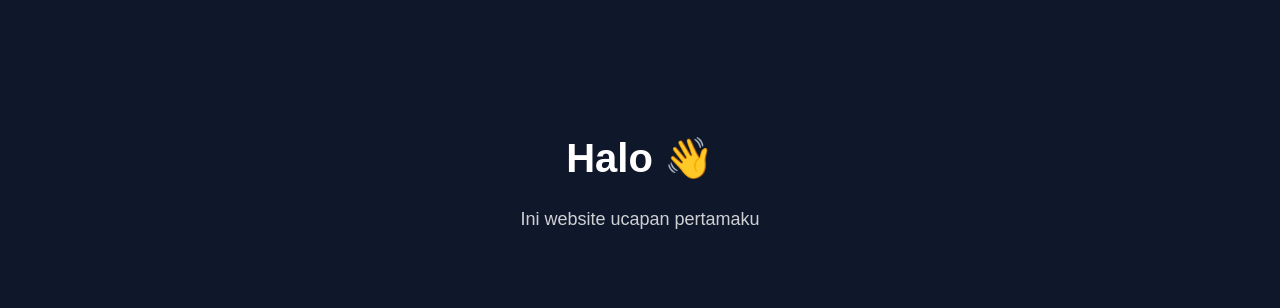
Repository: mufti-1448/web-ucapan
Page: index.html
An editor plug-in stored every save of this project. The page is shown before and after a run of saves, followed by the edit.
The browser window is 1280 px wide. The pictures show the whole page.

Above is the page before, as saved 2026-02-16 15:00:16.

### index.html
<!DOCTYPE html>
<html>
  <head>
    <title>Website Ucapan</title>
    <link rel="stylesheet" href="style.css">
  </head>
  <body>

    <h1>Halo 👋</h1>
    <p>Ini website ucapan pertamaku</p>

  </body>
</html>

### style.css
body {
  background-color: #0f172a;
  color: white;
  font-family: Arial, sans-serif;
  text-align: center;
  padding-top: 100px;
}

h1 {
  font-size: 40px;
}

p {
  font-size: 18px;
  opacity: 0.8;
}

After the next 2 saves:
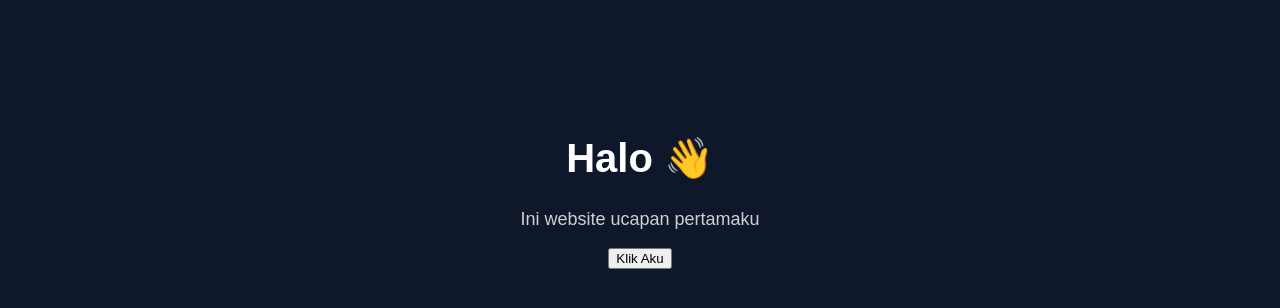
The 2 saves are shown as one change because they came seconds apart.
The last was saved 29 s later.
--- a/index.html
+++ b/index.html
@@ -1,13 +1,13 @@
-<!DOCTYPE html>
+<!doctype html>
 <html>
   <head>
     <title>Website Ucapan</title>
-    <link rel="stylesheet" href="style.css">
+    <link rel="stylesheet" href="style.css" />
   </head>
   <body>
-
     <h1>Halo 👋</h1>
     <p>Ini website ucapan pertamaku</p>
 
+    <button>Klik Aku</button>
   </body>
 </html>
